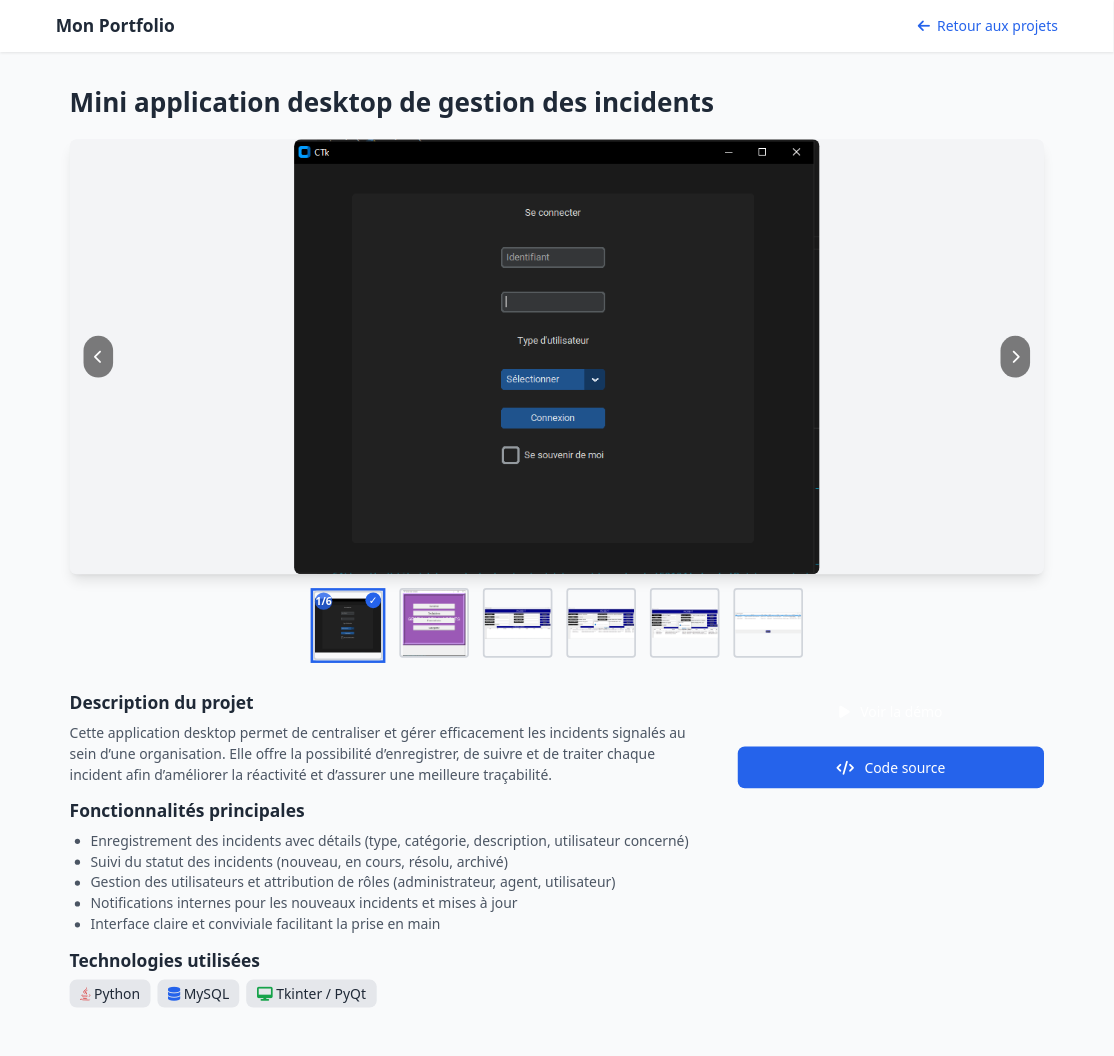
Repository: Edongo999/landry-portfolio
Page: projet-gestion-incidents.html
An editor plug-in stored every save of this project. The page is shown before and after the next save, followed by the edit.
The browser window is 1280 px wide. The pictures show the whole page, at 87% of full size.
Some web libraries are served in a nearby version.

Above is the page before, as saved 2025-09-14 03:10:19.

After the next save:
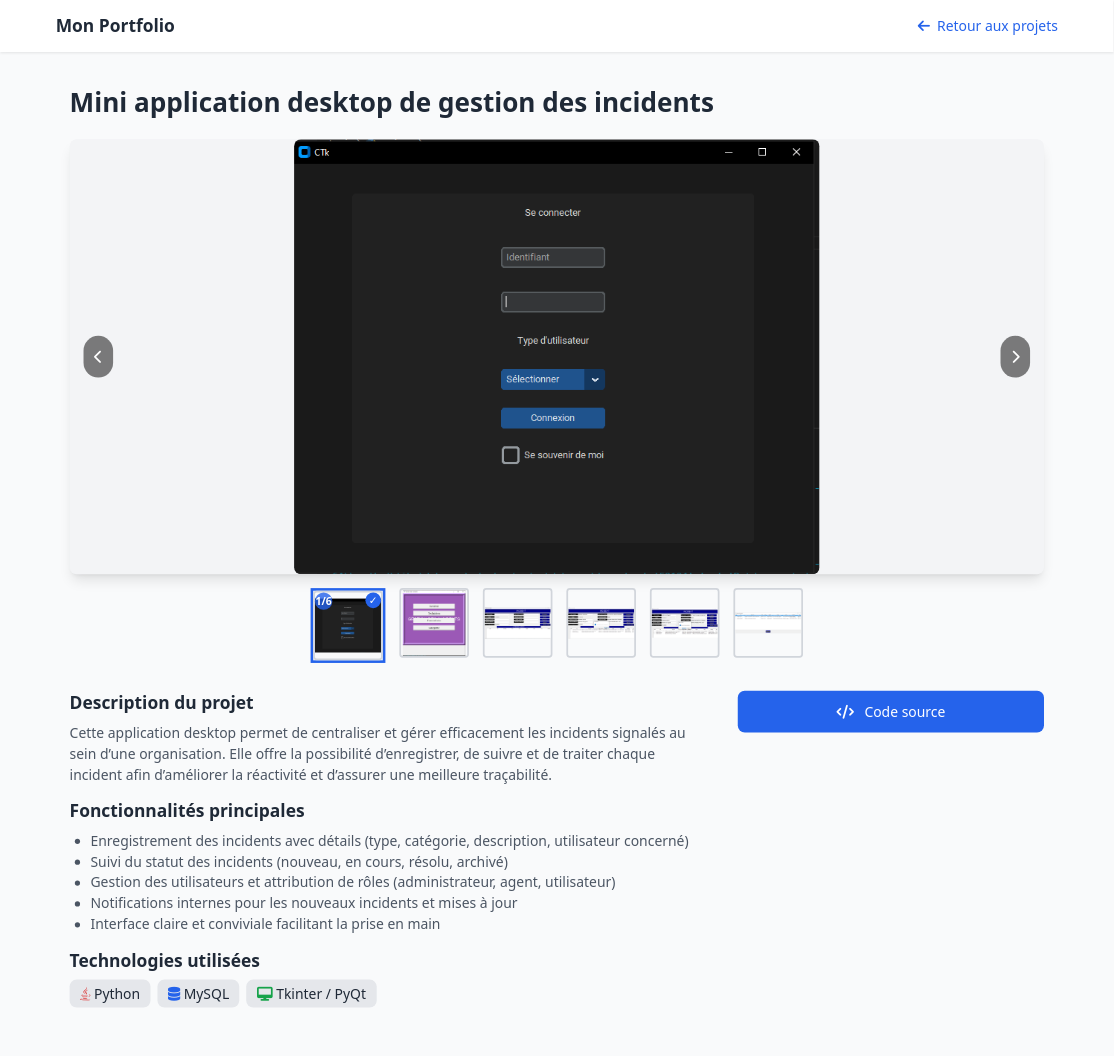
Saved 58 s later.
--- a/projet-gestion-incidents.html
+++ b/projet-gestion-incidents.html
@@ -115,9 +115,7 @@
 
       <!-- Boutons -->
       <div class="space-y-4">
-        <a href="projet-gestion-stock.html" class="block w-full bg-primary-600 text-white py-3 rounded-lg text-center hover:bg-primary-700">
-          <i class="fas fa-play mr-2"></i> Voir la démo
-        </a>
+
         <a href="https://github.com/toncompte/nom-du-projet" target="_blank" class="block w-full bg-blue-600 text-white py-3 rounded-lg text-center hover:bg-blue-700">
           <i class="fas fa-code mr-2"></i> Code source
         </a>
